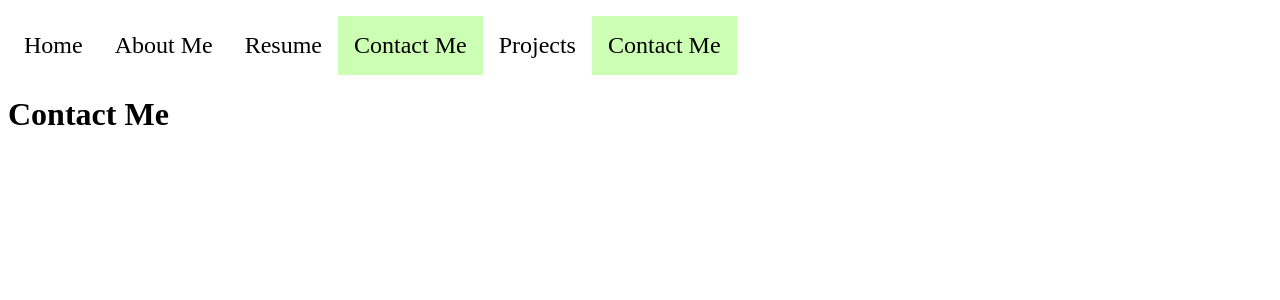
Repository: meganclapinski/meganclapinski.github.io
Page: contactme.html
The author's editor kept a record of every edit. The page is drawn from the files as they stood at one moment, then again after the next edit.
The browser window is 1280 px wide. The pictures show the whole page.

Above is the page before.

### contactme.html
<!DOCTYPE html>
<html>
   <head>
   <title>Megan's Portfolio</title>

   <link rel="stylesheet" type="text/css" href="style.css">

   </head>
   <body>
        <ul class="navbar">
            <li> <a href="index.html" >Home</a></li>
             <li> <a href="aboutme.html">About Me</a></li>
            <li> <a href="resume.html" >Resume</a></li>
            <li class="active"> <a href="contactme.html">Contact Me</a></li>

            <li class= "dropdown">
              <div>Projects</div>
              <ul class="dropdown-content">
                  <li> <a href="project1.html">Project 1</a></li>
                  <li> <a href="project2.html">Project 2</a></li>
                  <li> <a href="project3.html">Project 3</a></li>


                  </ul>
                 <li class="active"> <a href="contactme.html">Contact Me</a></li>
            </li>

        </ul>

        <h1>Contact Me</h1>

### style.css
 .navbar{
           list-style:none;
           background-color:white;
           overflow: hidden;
           padding: 0;
       }
       .navbar a, .dropdown div {
           text-decoration:none;
           color:black;
           font-size: 24px;
           padding: 16px ;
           display:inline-block ;
       }
       .navbar li{
           float:left;

       }
       .navbar li:hover{
           background-color:#99ccff;
       }
       .dropdown-content{
           list-style:none;
           padding:0;
           display:none;
           position:absolute;
           z-index:1;
           background-color:#ccffb3;
       }
       .dropdown-content li{
           float:none;

       }
       .dropdown:hover .dropdown-content{
           display:block;
       }
        .active {
           background-color:#ccffb3;
       }

After the next edit:
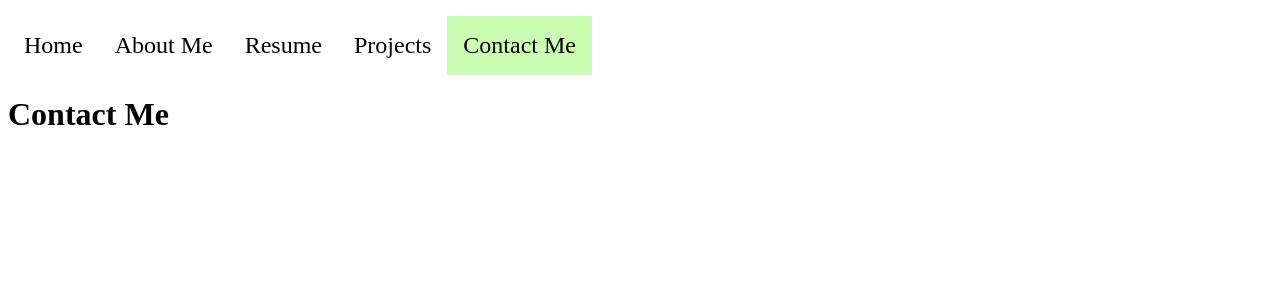
The edit:
--- a/contactme.html
+++ b/contactme.html
@@ -11,7 +11,6 @@
             <li> <a href="index.html" >Home</a></li>
              <li> <a href="aboutme.html">About Me</a></li>
             <li> <a href="resume.html" >Resume</a></li>
-            <li class="active"> <a href="contactme.html">Contact Me</a></li>
 
             <li class= "dropdown">
               <div>Projects</div>
